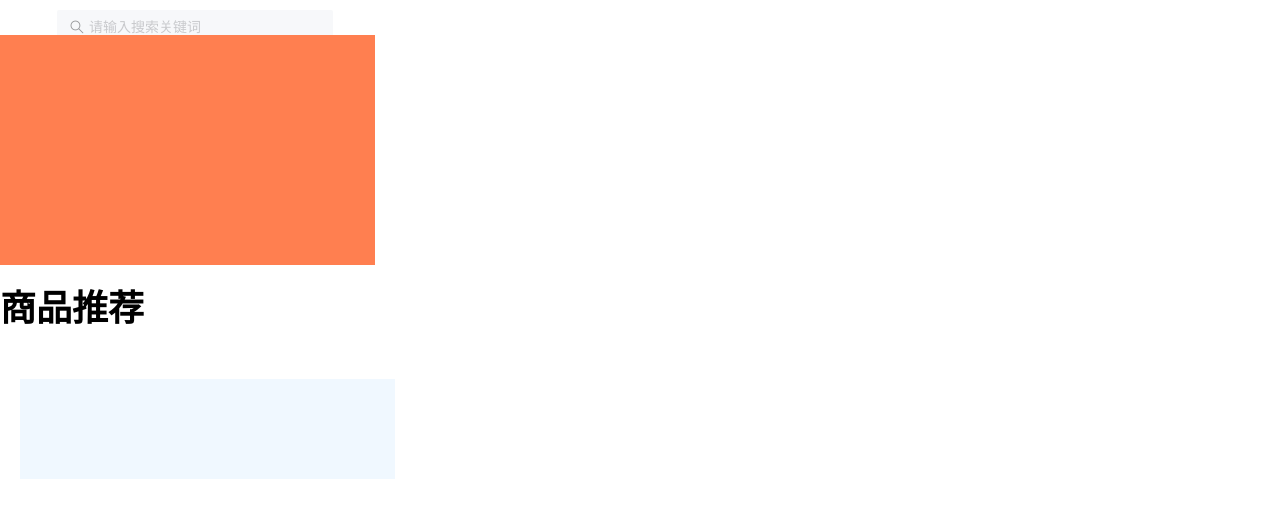
Repository: liyang777777/shangcheng
Page: /
The author's editor kept a copy of each file at every save. The page is drawn from the files as they stood at one save, then again after the next save.
The browser window is 1280 px wide. The pictures show the whole page.
The page's requests for data from a server got no answer. The project was rebuilt for these pictures with package versions that can differ from the ones it lists, and the page was loaded fresh each time. No one was signed in, and anything a server would have sent is missing. Also part of the build but not shown: vue.config.js. Imported but missing from the stored project, and not drawn on this page: src/views/About.

Above is the page before, as saved 2020-06-23 13:40:31.

After the next save:
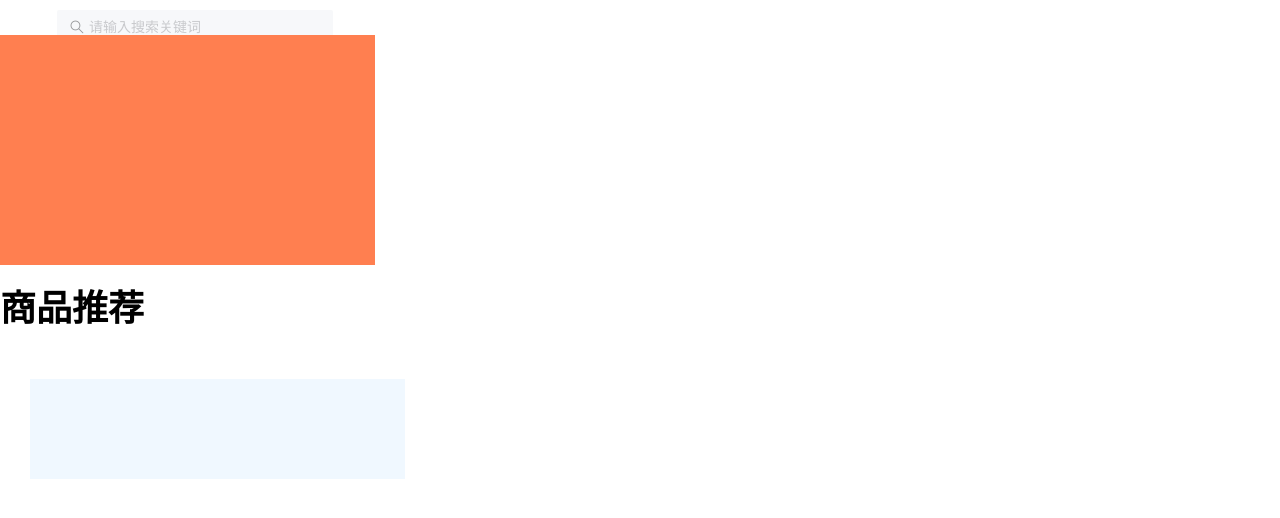
Saved 7 s later.
--- a/src/components/Prre.vue
+++ b/src/components/Prre.vue
@@ -48,7 +48,7 @@ export default {
   width: 375px;
   height: 100px;
   display: flex;
-  margin-left: 20px;
+  margin-left: 30px;
   background: aliceblue;
 }
 </style>
